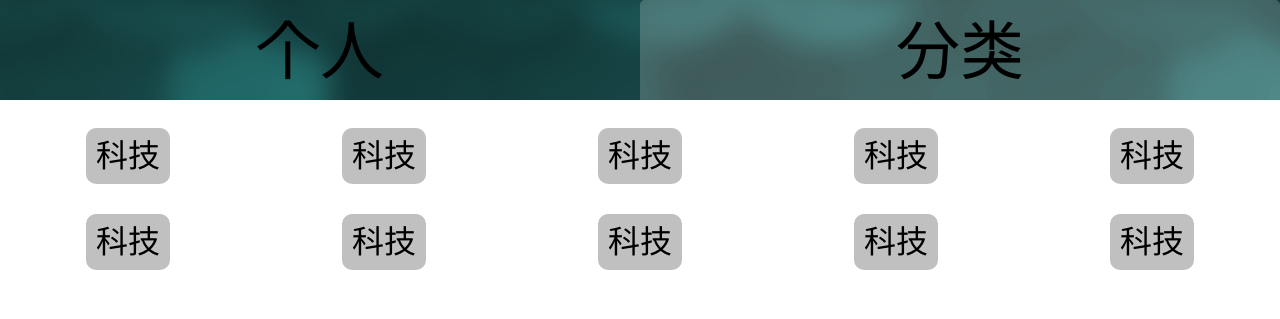
Repository: aoandxie/AoNews
Page: AoNews/WebContent/classify.html
The author's editor kept a copy of each file at every save. The page is drawn from the files as they stood at one save, then again after the next save.
The browser window is 1280 px wide. The pictures show the whole page.

Above is the page before, as saved 2017-03-05 16:09:23.

### AoNews/WebContent/classify.html
<!DOCTYPE html>
<html>
	<head>
		<meta charset="UTF-8">
		<title>Ao News 首页</title>
		<link type="text/css" rel="stylesheet" href="common_style.css">
	</head>
	<body>
		<div class="Top">
			<ul><a href="faction.html">个人</a></ul>
			<ul class="Now"><a>分类</a></ul>
		</div>
		<div class="ClassBoxContainer">
			<div class="ClassBox"><a>科技</a></div>
			<div class="ClassBox"><a>科技</a></div>
			<div class="ClassBox"><a>科技</a></div>
			<div class="ClassBox"><a>科技</a></div>
			<div class="ClassBox"><a>科技</a></div>
			<div class="ClassBox"><a>科技</a></div>
			<div class="ClassBox"><a>科技</a></div>
			<div class="ClassBox"><a>科技</a></div>
			<div class="ClassBox"><a>科技</a></div>
			<div class="ClassBox"><a>科技</a></div>
		</div>
	</body>
</html>

### AoNews/WebContent/common_style.css
@CHARSET "UTF-8";
/* common set */
*{
	margin: 0;
	border: 0;
	padding: 0;
	font-family: Arial, Helvetica, sans-serif;
}

a{
	text-decoration: none;
	color: #000;
}

/* Login & Register */
.Canvas{
	position: fixed;
	background-image: url("back.jpg");
	width: 100%;
	height: 100%;
}

.Form{
	position: fixed;
	background-color: rgba(255,255,255,.2);
	left: 35%;
	top: 30%;
	border-radius: 5px;
	border-width: 2px;
	border-color: #000000;
	border-style: solid;
	padding: 1em;
	margin: 2em;
	z-index: 255;
}

.Form label{
	font-size: 2em;
	margin-right: 1em;
	z-index: 255;
}

.Form input{
	height: 2em;
	width: 60%;
	font-size: 1em;
	border-style: groove;
	border-width: 2px;
	border-color: #000000;
}

.LineLabel{
	border-bottom-style: solid;
	border-bottom-width: 2px;
	border-bottom-color: #000000;
}

.Button{
	text-align: center;
	margin: 1em;
}

/* Faction & classify */
.Top{
	height: 100px;
	background-image: url("back.jpg");
	width: 100%;
	text-align: center;
}

.Top ul a{
	display: block;
	position: relative;
	float: left;
	width: 50%;
	height: 100px;
	font-size: 4em;
	border-top-left-radius: 5px;
	border-top-right-radius: 5px;
}

.Now a{
	background-color: rgba(255,255,255,.2);
}

/* Faction */
.News{
	text-align: left;
	display: block;
	color: #201f35;
	border-radius: 5px;
	border-width: 2px;
	border-color: #555753;
	border-style: solid;
	width: 250px;
	margin: 5px;
}

.News:HOVER{
	background-color: #888a85;
}

.News a{
	font-size: 2em;
	margin: 5px;
}

.News a:CHECKED{
	color: #201f35;
}

/* Classify */
.ClassBoxContainer{
	position: relative;
	top: 10px;
	width: 100%;
	text-align: center;
}

.ClassBox{
	display: block;
	float: left;
	width: 20%;
	margin: 20px 0;
}

.ClassBox a{
	font-size: 2em;
	padding: 10px;
	border-radius: 10px;
	background-color: silver;
}

After the next save:
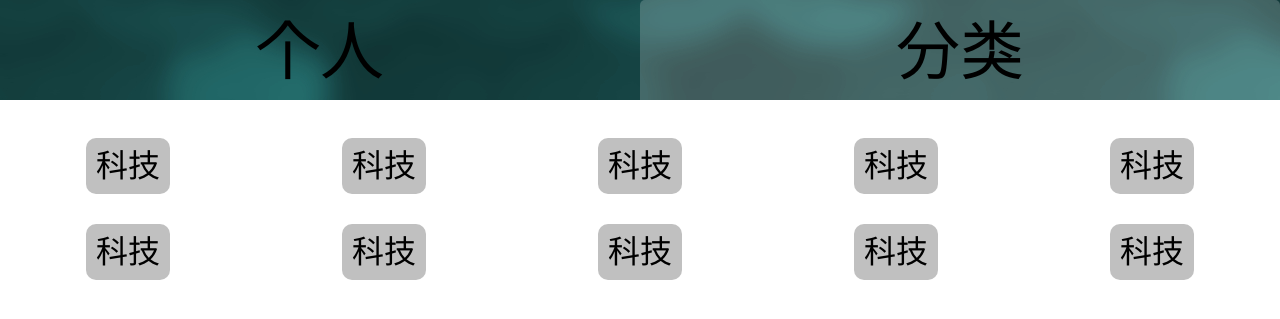
Saved 6 s later.
--- a/AoNews/WebContent/common_style.css
+++ b/AoNews/WebContent/common_style.css
@@ -112,7 +112,7 @@ a{
 /* Classify */
 .ClassBoxContainer{
 	position: relative;
-	top: 10px;
+	top: 20px;
 	width: 100%;
 	text-align: center;
 }
